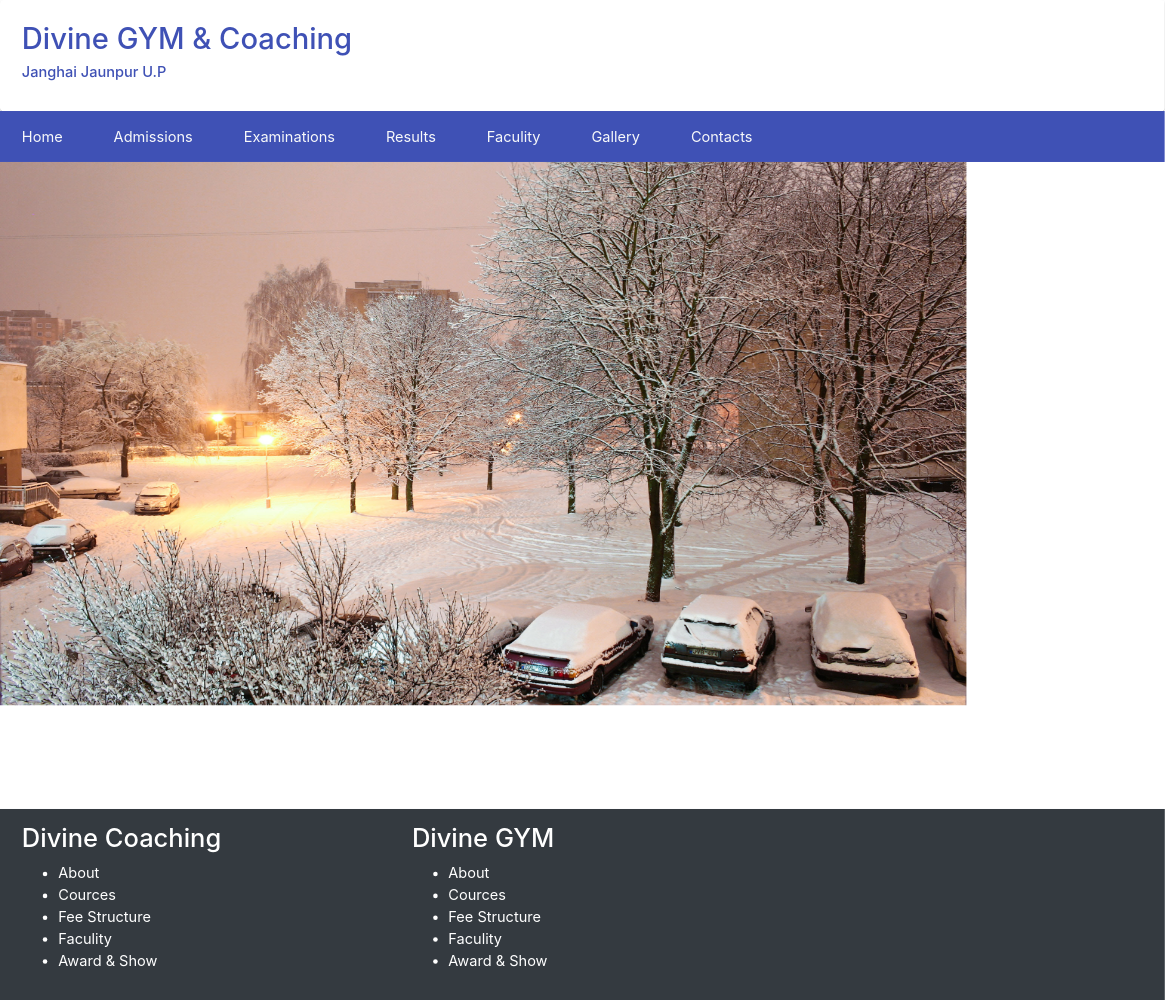
Repository: lalji-yadav/vikash-Coaching-frontend
Page: /gallery
The author's editor kept a copy of each file at every save. The page is drawn from the files as they stood at one save, then again after the next save.
The browser window is 1280 px wide. The pictures show the whole page, at 91% of full size.
The project was rebuilt for these pictures with package versions that can differ from the ones it lists, and the page was loaded fresh each time. Also part of the build but not shown: src/index.css, src/home/home.js, src/component/admission/admission.js, src/component/examination/examination.js, src/component/results/result.js, src/component/faculity/faculity.js.

Above is the page before, as saved 2021-04-10 22:36:38.

### public/index.html
<!DOCTYPE html>
<html lang="en">
  <head>
    <meta charset="utf-8" />
    <link rel="icon" href="%PUBLIC_URL%/favicon.ico" />
    <meta name="viewport" content="width=device-width, initial-scale=1" />
    <meta name="theme-color" content="#000000" />
    <meta
      name="description"
      content="Web site created using create-react-app"
    />


    <link rel="preconnect" href="https://fonts.gstatic.com">
    <link href="https://fonts.googleapis.com/css2?family=Open+Sans:wght@400;700&display=swap" rel="stylesheet">

    <link rel="apple-touch-icon" href="%PUBLIC_URL%/logo192.png" />
    <!--
      manifest.json provides metadata used when your web app is installed on a
      user's mobile device or desktop. See https://developers.google.com/web/fundamentals/web-app-manifest/
    -->
    <link rel="manifest" href="%PUBLIC_URL%/manifest.json" />


    <link rel="preconnect" href="https://fonts.gstatic.com">
<link href="https://fonts.googleapis.com/css2?family=Open+Sans&display=swap" rel="stylesheet">
    <!--
      Notice the use of %PUBLIC_URL% in the tags above.
      It will be replaced with the URL of the `public` folder during the build.
      Only files inside the `public` folder can be referenced from the HTML.

      Unlike "/favicon.ico" or "favicon.ico", "%PUBLIC_URL%/favicon.ico" will
      work correctly both with client-side routing and a non-root public URL.
      Learn how to configure a non-root public URL by running `npm run build`.
    -->
    <title>React App</title>
  </head>
  <body>
    <noscript>You need to enable JavaScript to run this app.</noscript>
    <div id="root"></div>
    <!--
      This HTML file is a template.
      If you open it directly in the browser, you will see an empty page.

      You can add webfonts, meta tags, or analytics to this file.
      The build step will place the bundled scripts into the <body> tag.

      To begin the development, run `npm start` or `yarn start`.
      To create a production bundle, use `npm run build` or `yarn build`.
    -->
  </body>
</html>

### src/App.js
import React from 'react';
import Header from "../src/header/header"
import { BrowserRouter } from 'react-router-dom';
import Footer from '../src/footer/footer'


function App() {
  return (
    <div style={{overflowX:"hidden"}}>

      <BrowserRouter>
          <Header />
      </BrowserRouter>


      {/* <Routers /> */}


      <Footer />

    </div>
  );
}

export default App;

### src/header/header.js
import React, { Component } from 'react';
import   "./headers.css"
import {Navbar, Nav } from 'react-bootstrap';
import { Card } from '@material-ui/core';
import { Link } from "react-router-dom";
import Routers from "../router/router"

class header extends Component {
    render() {
        return (
            <div>
                <Card className="py-4 pl-4">
                    <h2 style={{color:"#3f51b5"}}>Divine GYM & Coaching </h2>
                    <h6 style={{color:"#3f51b5"}}>Janghai Jaunpur U.P</h6>
                </Card>

                <Navbar style={{backgroundColor:"#3f51b5"}} variant="light" expand="lg">
                    <Navbar.Toggle aria-controls="basic-navbar-nav" />
                    <Navbar.Collapse id="basic-navbar-nav">
                    <Nav className="text-light">
                        <Nav.Link className="text-light pr-5" as={Link} to="/home">Home</Nav.Link>
                        <Nav.Link className="text-light pr-5" as={Link} to="/admission">Admissions</Nav.Link>
                        <Nav.Link className="text-light pr-5" as={Link} to="/examination">Examinations</Nav.Link>
                        <Nav.Link className="text-light pr-5" as={Link} to="/results">Results</Nav.Link>
                        <Nav.Link className="text-light pr-5" as={Link} to="/faculity">Faculity</Nav.Link>
                        <Nav.Link className="text-light pr-5" as={Link} to="/gallery">Gallery</Nav.Link>
                        <Nav.Link className="text-light pr-5" as={Link} to="/service">Contacts</Nav.Link>

                    </Nav>
                    </Navbar.Collapse>
                </Navbar>

                <Routers> </Routers>

            </div>
        );
    }
}

export default header;

### src/footer/footer.js
import React, { Component } from 'react';
// import { Card } from 'react-bootstrap';

class footer extends Component {
    render() {
        return (
              <div className="row bg-dark text-white mt-5 py-3 pl-4">

                  <div className="col-sm-4">
                  <h3> Divine Coaching </h3>
                  <ul>
                         <li> About </li>
                         <li> Cources </li>
                         <li> Fee Structure </li>
                         <li> Faculity </li>
                         <li> Award & Show </li>
                     </ul>
                  </div>

                  <div className="col-sm-4">
                  <h3> Divine GYM </h3>
                  <ul>
                         <li> About </li>
                         <li> Cources </li>
                         <li> Fee Structure </li>
                         <li> Faculity </li>
                         <li> Award & Show </li>
                     </ul>
                  </div>
              </div>
        );
    }
}

export default footer;

### src/header/headers.css
.header {
    color: black;
    font-size: 2vw;
    padding: 25px 10px 25px 10px;
    background-color: rgb(150, 153, 150);
}
.nav.navbar-nav.navbar-right li a {
    color: blue;
}
.nav-link {
    color: white;
  }
#nav-link {
   color: white;
}
a:hover {
    color: wheat;
}
@media (min-width: 992px) {
.navbar-expand-lg .navbar-nav .nav-link {
    padding-right: 5.5rem;
    padding-left: 5.5rem;
}
}

### src/router/router.js
import React, { Component } from 'react';
import {
    Switch,
    Route
  } from "react-router-dom";
  import Home from '../home/home'
  import Admission from "../component/admission/admission"
  import Examination from "../component/examination/examination"
  import Result from "../component/results/result"
  import Faculity from "../component/faculity/faculity"
import Gallery from '../component/gallery/gallery';

class router extends Component {
    render() {
        return (
            <div>
                   <Switch>
                    <Route exact path="/" component={Home} />
                    <Route exact path="/home" component={Home} />
                    <Route exact path="/admission" component={Admission} />
                    <Route exact path="/examination" component={Examination} />
                    <Route exact path="/results" component={Result} />
                    <Route exact path="/faculity" component={Faculity} />
                    <Route exact path="/gallery" component={Gallery} />
                    </Switch>

            </div>
        );
    }
}

export default router;

### src/component/gallery/gallery.js
// import { Height } from '@material-ui/icons';
import React, { Component } from 'react';

class gallery extends Component {
    render() {
        return (
            <div>
                <div className="row">
                    <div className="col-sm-10">
                        <img style={{width:"100%", height:"90%"}}
                         src={process.env.PUBLIC_URL + '/image/gallery/Admin/0 (22) - Copy.jpg'} alt="" />
                    </div>
                    <div className="col-md-5">

                    </div>

                </div>
            </div>
        );
    }
}

export default gallery;

Loaded but not shown: src/index.js (common file); src/serviceWorker.js (common file)

After the next save:
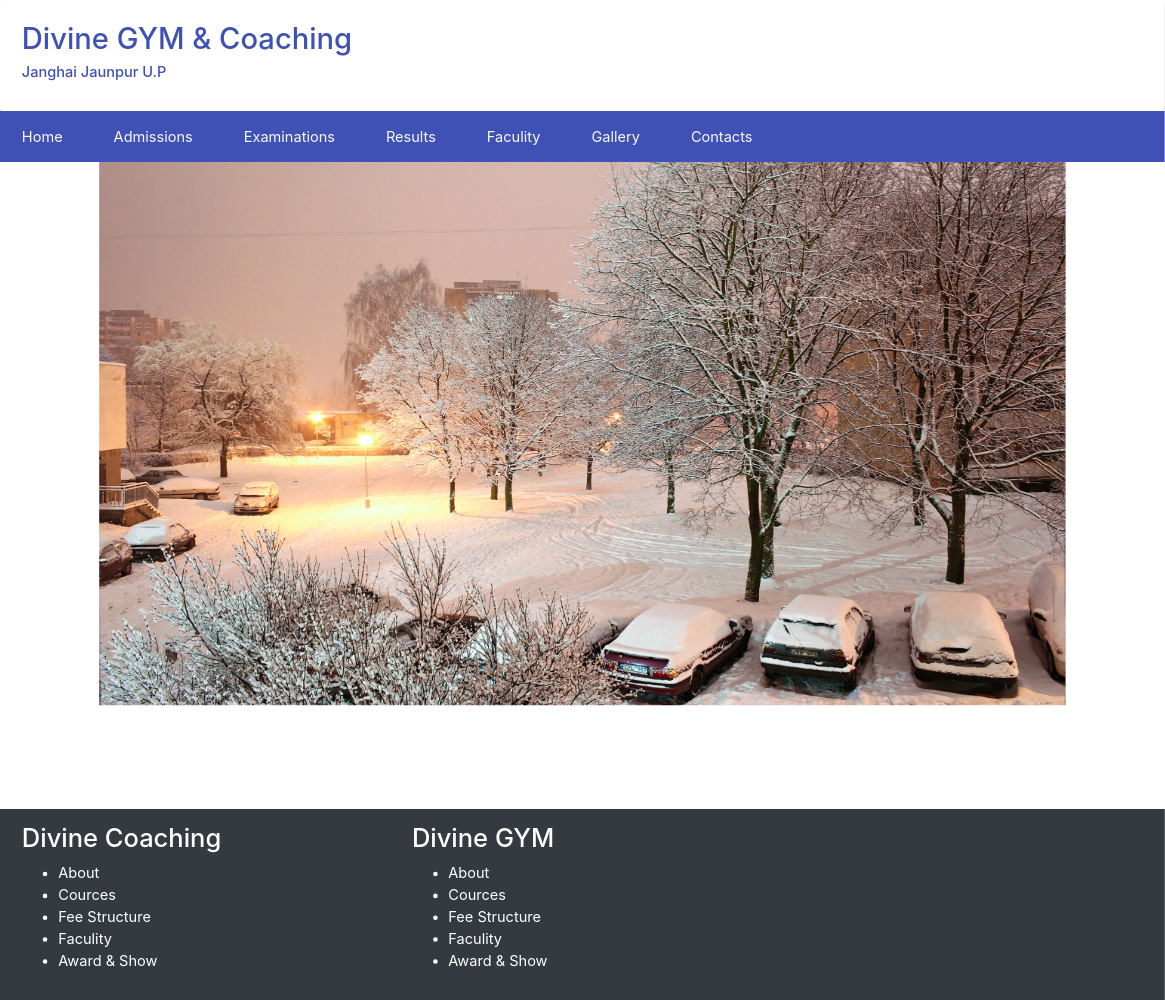
Saved 14 h 7 min later.
--- a/src/component/gallery/gallery.js
+++ b/src/component/gallery/gallery.js
@@ -6,7 +6,7 @@ class gallery extends Component {
         return (
             <div>
                 <div className="row">
-                    <div className="col-sm-10">
+                    <div className="col-sm-10 offset-sm-1">
                         <img style={{width:"100%", height:"90%"}}
                          src={process.env.PUBLIC_URL + '/image/gallery/Admin/0 (22) - Copy.jpg'} alt="" />
                     </div>
